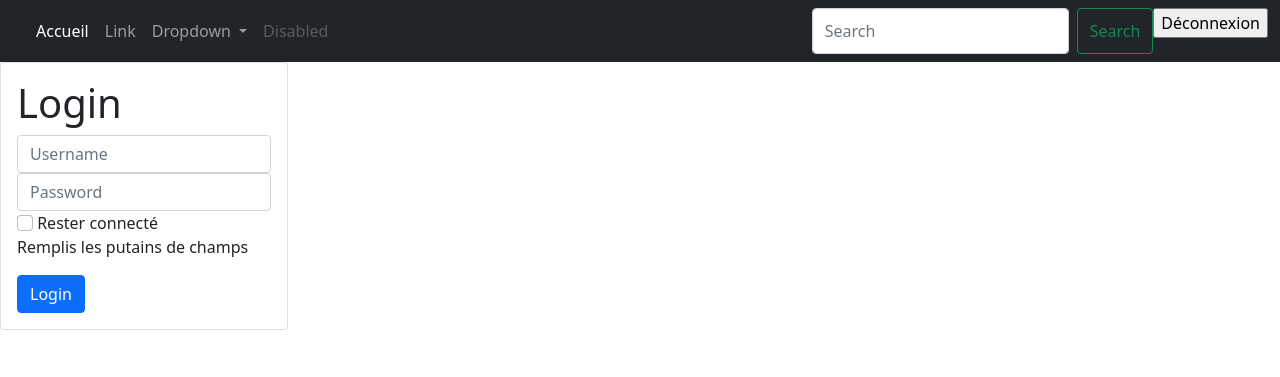
Repository: Mini-T/php-propre
Page: http://localhost/FormLogin.php
The author's editor kept a copy of each file at every save. The page is drawn from the files as they stood at one save, then again after the next save.
The browser window is 1280 px wide. The pictures show the whole page.
The page is run by PHP 8.4 with error messages shown; the project is at /var/www/html/.

Above is the page before, as saved 2021-03-11 01:23:20.

After the next save:
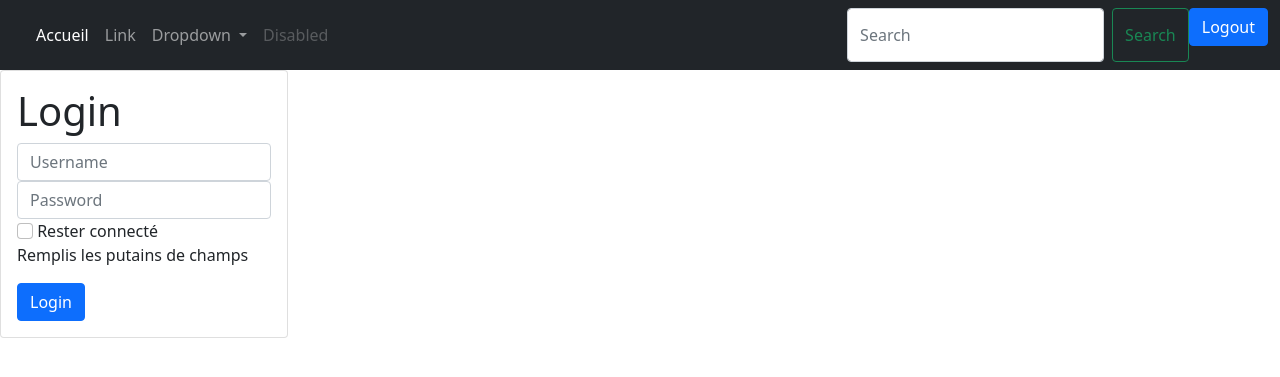
Saved 81 s later.
--- a/proj/include/header.inc.php
+++ b/proj/include/header.inc.php
@@ -15,7 +15,7 @@
     require_once 'init/pdo.init.php';
     require_once 'function.php';
     if (isset($_COOKIE['memory'])) {
-        if(!isset($_SESSION)){
+        if (!isset($_SESSION)) {
             session_start();
             $_SESSION['username'] = $_COOKIE['memory'];
             $thatuser = $_SESSION['username'];
@@ -67,13 +67,13 @@
                 <form class="d-flex">
                     <input class="form-control me-2" type="search" placeholder="Search" aria-label="Search">
                     <button class="btn btn-outline-success" type="submit">Search</button>
-                    <?php if(isset($_SESSION['Username'])){ ?>
+                    <?php if (isset($_SESSION['Username'])) { ?>
                         <button class="btn btn-primary Logout">Logout</button>
-                     <?php } else{ ?>
-                        <form action="deconnexion.php" method="post">
-    <p><input type="submit" value="Déconnexion" /></p>
-</form>
-                     <?php } ?>
+                    <?php } else { ?>
+                        <form action="#" method="post">
+                            <p><input type="submit" value="Logout" class="btn btn-primary Logout" name="Logout" /></p>
+                        </form>
+                    <?php } ?>
                 </form>
             </div>
         </div>
